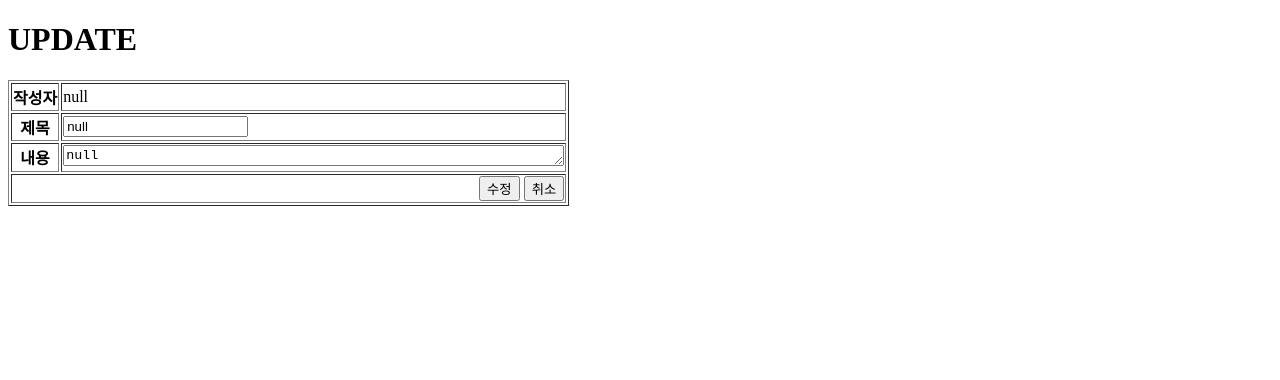
Repository: december-moon/WEB
Page: http://localhost/Jsp08_MVC/mvcupdate.jsp
An editor plug-in stored every save of this project. The page is shown before and after the next save, followed by the edit.
The browser window is 1280 px wide. The pictures show the whole page.
The page is served by Tomcat 9.

Above is the page before, as saved 2021-02-26 04:53:00.

After the next save:
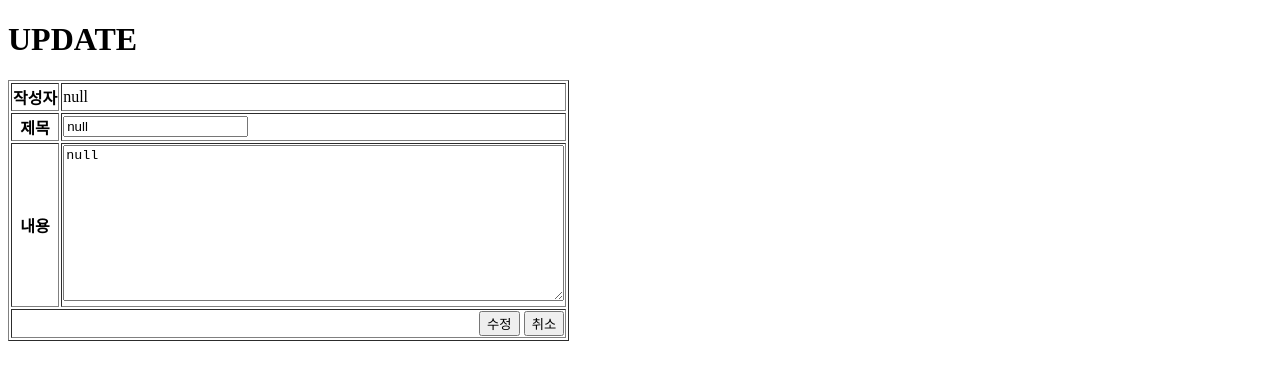
Saved 16 s later.
--- a/Jsp08_MVC/WebContent/mvcupdate.jsp
+++ b/Jsp08_MVC/WebContent/mvcupdate.jsp
@@ -27,7 +27,7 @@
 			</tr>
 			<tr>
 				<th>내용</th>
-				<td><textarea rows="1" cols="60" name="content"><jsp:getProperty property="content" name="dto"/></textarea></td>
+				<td><textarea rows="10" cols="60" name="content"><jsp:getProperty property="content" name="dto"/></textarea></td>
 			</tr>
 			<tr>
 				<td colspan="2" align="right">
